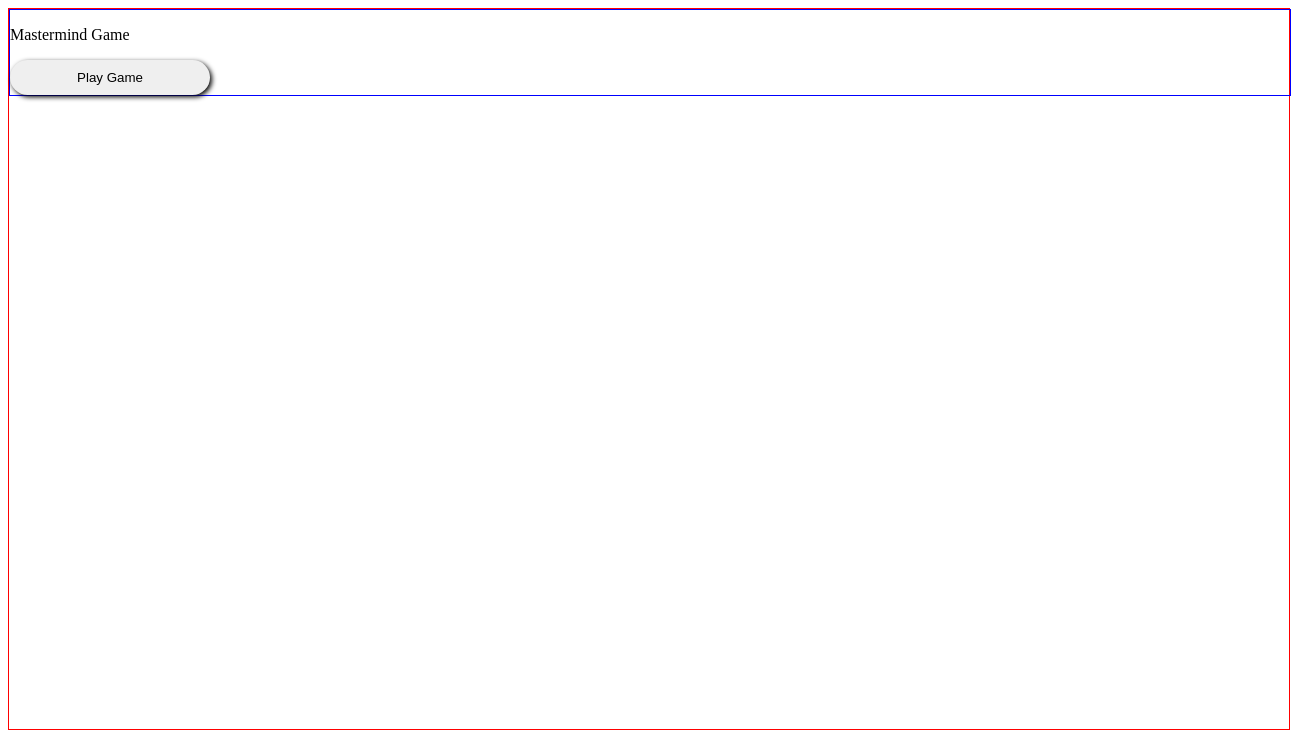
Repository: programmer686/Mastermind-with-Next.js
Page: /
An editor plug-in stored every save of this project. The page is shown before and after the next save, followed by the edit.
The browser window is 1280 px wide. The page is 1291 px wide, so the pictures cover 1291 px, including what lies to the right of the window. The pictures show the whole page.
The project was rebuilt for these pictures with package versions that can differ from the ones it lists, and the page was loaded fresh each time. The framework's server and built-in components were replaced by stand-ins that run in the browser. Also part of the build but not shown: next.config.js, src/styles/globals.css.

Above is the page before, as saved 2023-07-15 18:47:13.

### src/pages/index.js
import Head from 'next/head'
import Image from 'next/image'
import { Inter } from 'next/font/google'
import styles from '@/styles/Home.module.css'
import StartScreen from '@/comps/StartScreen'
const inter = Inter({ subsets: ['latin'] })

export default function Home() {
  return (
    <>
      <Head>
        <title>Create Next App</title>
        <meta name="description" content="Generated by create next app" />
        <meta name="viewport" content="width=device-width, initial-scale=1" />
        <link rel="icon" href="/favicon.ico" />
      </Head>
     <main className={styles.index__body}>
        <StartScreen/>
     </main>
    </>
  )
}

### src/styles/Home.module.css
.index__body {
  width: 100vw;
  height: 100vh;
  border: 1px solid red;
}

### src/comps/StartScreen.js
import styles from '@/styles/StartScreen.module.css'

export default function StartScreen() {
    return (
        <main className={styles.startscreen__body}>
            <p className={styles.startscreen__game_name}>Mastermind Game</p>
            <button className={styles.startscreen__play_button}>Play Game</button>
        </main>
    )
}

### src/styles/StartScreen.module.css
.startscreen__body {
    width: 100vw;
    display: flex;
    flex-direction: column;
    justify-content: center;
    border: 1px solid blue;
}

.startscreen__play_button {
    max-width: 200px;
    padding: 10px 20px;
    border: none;
    border-radius: 40px;
    box-shadow: 2px 2px 5px black;

}

Loaded but not shown: src/pages/_app.js (common file); src/pages/_document.js (common file)

After the next save:
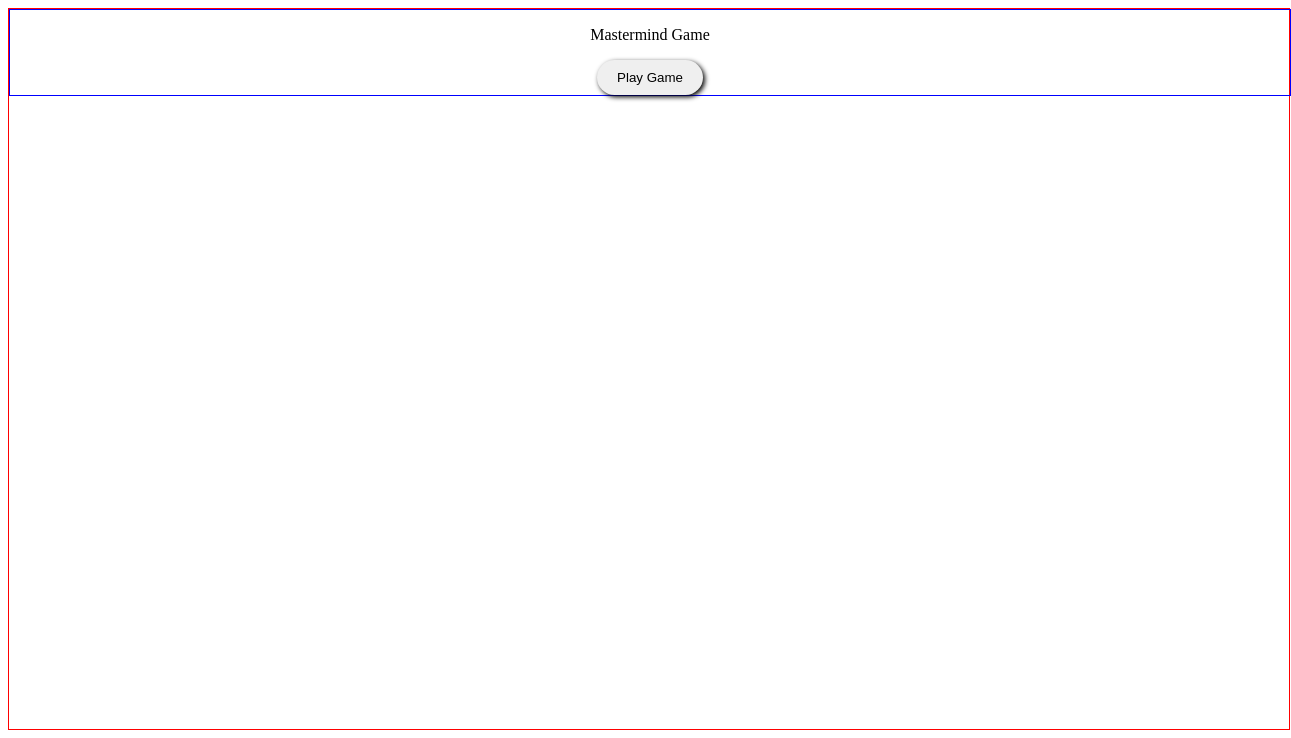
Saved 14 s later.
--- a/src/styles/StartScreen.module.css
+++ b/src/styles/StartScreen.module.css
@@ -2,7 +2,7 @@
     width: 100vw;
     display: flex;
     flex-direction: column;
-    justify-content: center;
+    align-items: center;
     border: 1px solid blue;
 }
 
